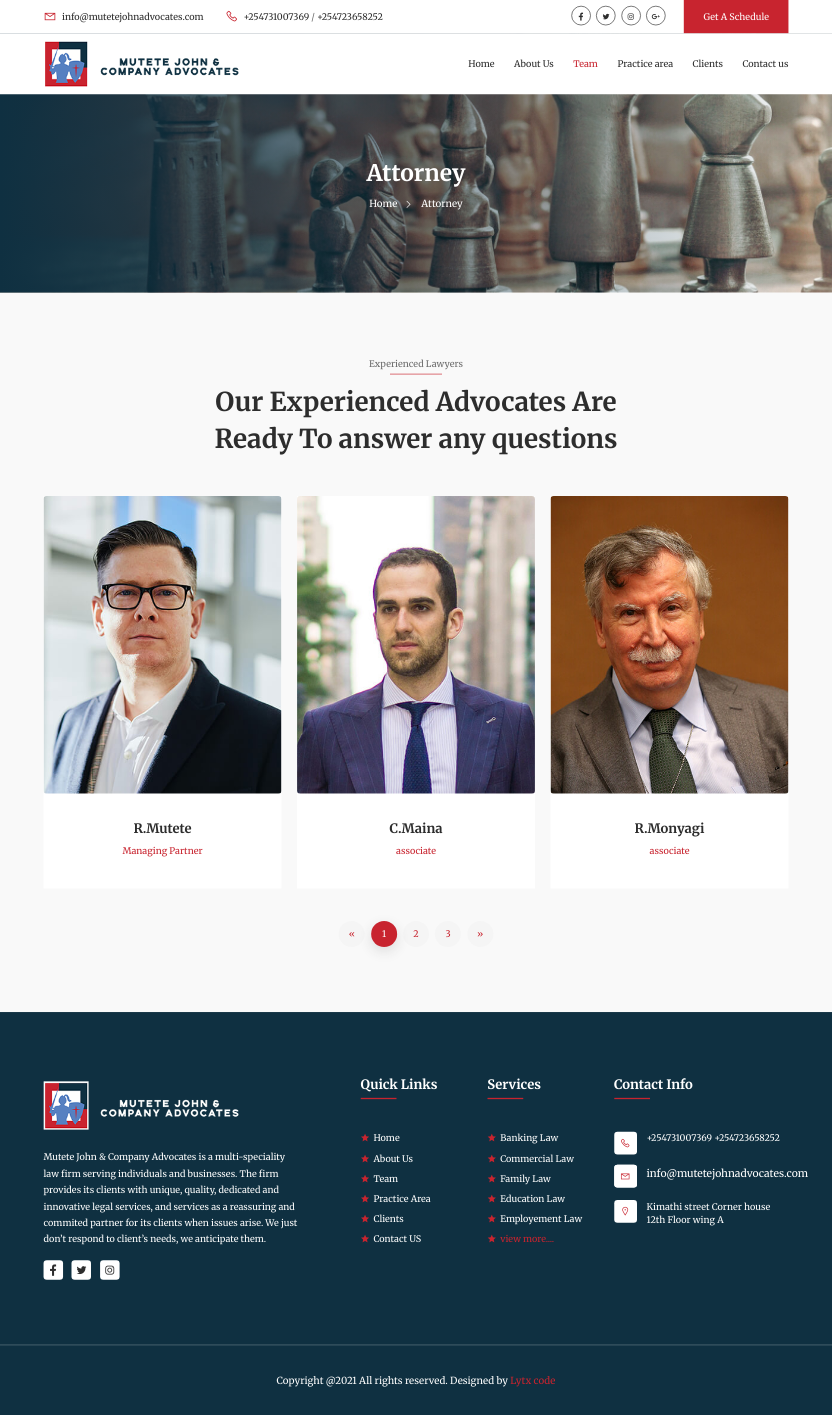
Repository: Samkiroko/mutete_john_website
Page: team.html
An editor plug-in stored every save of this project. The page is shown before and after the next save, followed by the edit.
The browser window is 1280 px wide. The pictures show the whole page, at 65% of full size.

Above is the page before, as saved 2021-10-13 14:57:34.

After the next save:
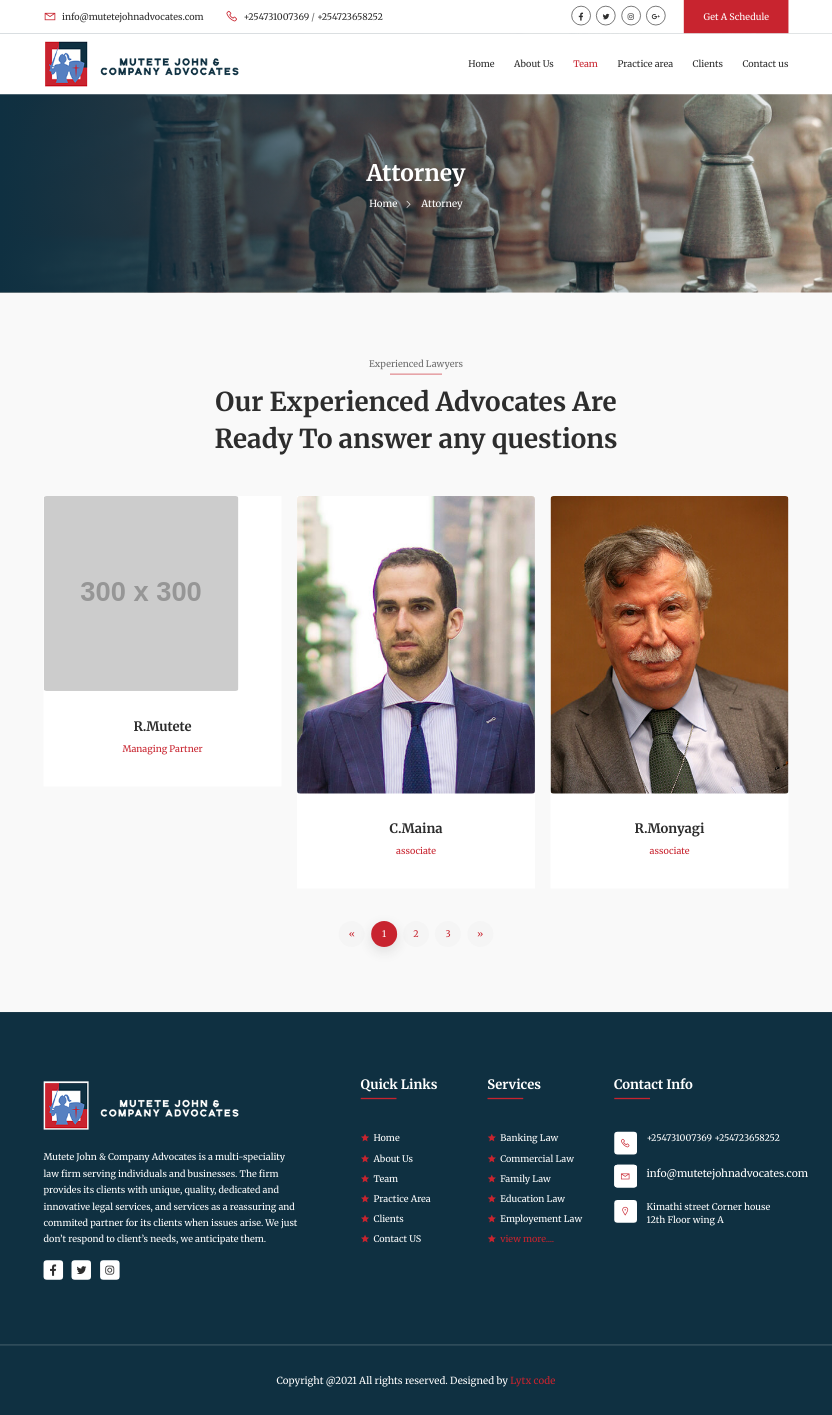
Saved 5 min 24 s later.
--- a/team.html
+++ b/team.html
@@ -166,7 +166,9 @@
                 <div class="col-lg-4 col-sm-6">
                     <div class="attorney-card">
                         <a href="attorney-details.html">
-                            <img src="assets/img/attorney/attorney1.jpg" alt="Image" />
+                            <img src="http://via.placeholder.com/300
+
+C/O https://placeholder.com/" alt="" sizes="" srcset="" />
                         </a>
                         <div class="attorney-card-text">
                             <h3><a href="attorney-details.html">R.Mutete</a></h3>
